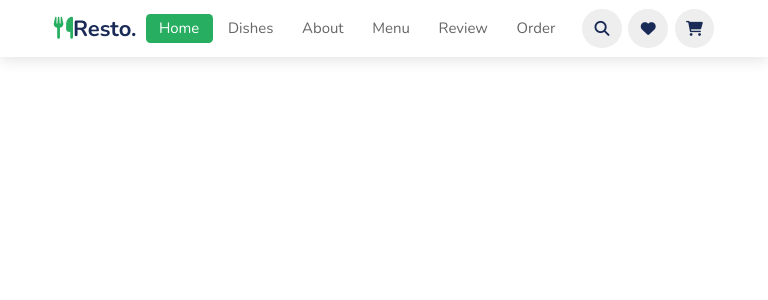
Repository: CarsonDev1/FoodWeb
Page: index.html
The author's editor kept a copy of each file at every save. The page is drawn from the files as they stood at one save, then again after the next save.
The browser window is 768 px wide. The pictures show the whole page.
Some web libraries are served in a nearby version.

Above is the page before, as saved 2022-05-18 18:05:42.

### index.html
<!DOCTYPE html>
<html lang="en">
  <head>
    <meta charset="UTF-8" />
    <meta http-equiv="X-UA-Compatible" content="IE=edge" />
    <meta name="viewport" content="width=device-width, initial-scale=1.0" />
    <title>Document</title>
    <!-- CSS link -->
    <link rel="stylesheet" href="./css/style.css" />
    <!-- Google font -->
    <link rel="preconnect" href="https://fonts.googleapis.com" />
    <link rel="preconnect" href="https://fonts.gstatic.com" crossorigin />
    <link
      href="https://fonts.googleapis.com/css2?family=DM+Sans:wght@700&family=Manrope:wght@400;700;800&family=Nunito:wght@200;300;400;600;700&display=swap"
      rel="stylesheet"
    />
    <!-- font awesome cdn link -->
    <link
      rel="stylesheet"
      href="https://cdnjs.cloudflare.com/ajax/libs/font-awesome/6.1.1/css/all.min.css"
    />
  </head>
  <body>
    <!-- Header section start -->
    <header>
      <a href="#" class="logo"><i class="fas fa-utensils"></i>resto.</a>
      <nav class="navbar">
        <a class="active" href="#home">home</a>
        <a href="#dishes">dishes</a>
        <a href="#about">about</a>
        <a href="#menu">menu</a>
        <a href="#review">review</a>
        <a href="#order">order</a>
      </nav>
      <div class="icons">
        <i class="fas fa-bars" id="menu-bars"></i>
        <i class="fas fa-search" id="search-icon"></i>
        <a href="#" class="fas fa-heart"></a>
        <a href="#" class="fas fa-shopping-cart"></a>
      </div>
    </header>
    <!-- Header section end -->
    <!-- JS file link -->
    <script src="./js/app.js"></script>
  </body>
</html>

### css/style.css
:root {
  --green: #27ae60;
  --black: #192a56;
  --light-color: #666;
  --box-shadow: 0 0.5rem 1.5rem rgba(0, 0, 0, 0.1);
}
* {
  font-family: "Nunito", sans-serif;
  margin: 0;
  padding: 0;
  box-sizing: border-box;
  text-decoration: none;
  outline: none;
  border: none;
  text-transform: capitalize;
  transition: all 0.2s linear;
}
html {
  font-size: 62.5%;
  overflow-x: hidden;
  scroll-padding-top: 5.5rem;
  scroll-behavior: smooth;
}
header {
  position: fixed;
  top: 0;
  left: 0;
  right: 0;
  background: #fff;
  padding: 1rem 7%;
  display: flex;
  align-items: center;
  justify-content: space-between;
  z-index: 1000;
  box-shadow: var(--box-shadow);
}
header .logo {
  color: var(--black);
  font-size: 2.5rem;
  font-weight: bolder;
}
header .logo i {
  color: var(--green);
}
header .navbar a {
  font-size: 1.7rem;
  border-radius: 0.5rem;
  padding: 0.5rem 1.5rem;
  color: var(--light-color);
}
header .navbar a.active,
header .navbar a:hover {
  background: var(--green);
  color: #fff;
}
header .icons i,
header .icons a {
  cursor: pointer;
  margin-left: 0.5rem;
  height: 4.5rem;
  line-height: 4.5rem;
  width: 4.5rem;
  text-align: center;
  font-size: 1.7rem;
  color: var(--black);
  border-radius: 50%;
  background: #eee;
}
header .icons i:hover,
header .icons a:hover {
  color: #fff;
  background: var(--green);
  transform: rotate(360deg);
}
header .icons #menu-bars {
  display: none;
}

/* media queries */
@media (max-width: 991px) {
  html {
    font-size: 55%;
  }
}

Loaded but not shown: js/app.js (no copy from this time; the picture is the same without it)

After the next save:
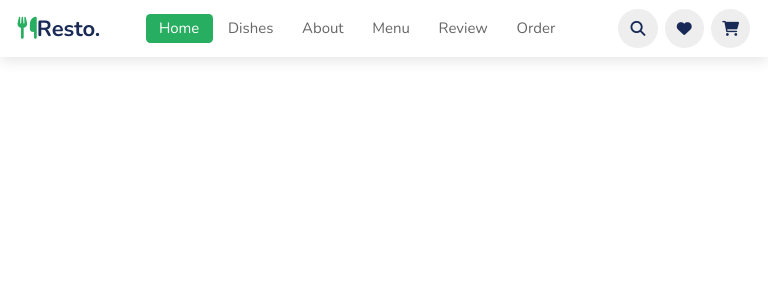
Saved 16 s later.
--- a/css/style.css
+++ b/css/style.css
@@ -81,4 +81,7 @@ header .icons #menu-bars {
   html {
     font-size: 55%;
   }
+  header {
+    padding: 1rem 2rem;
+  }
 }
